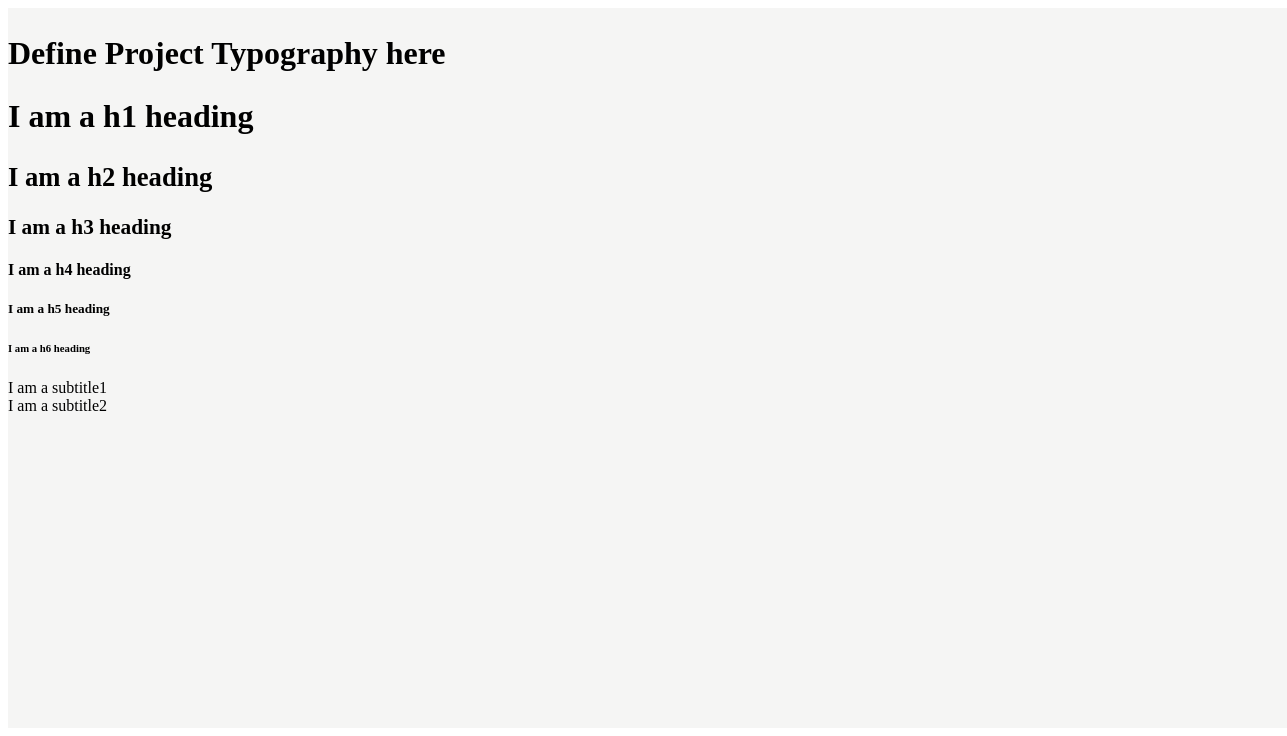
Repository: Terrycoco/coco-playground-starter
Page: /playground/typography
An editor plug-in stored every save of this project. The page is shown before and after the next save, followed by the edit.
The browser window is 1280 px wide. The page is 1287 px wide, so the pictures cover 1287 px, including what lies to the right of the window. The pictures show the whole page.
Some web fonts or font styles are not loaded; a fallback is used. The project was rebuilt for these pictures with package versions that can differ from the ones it lists, and the page was loaded fresh each time. The framework's server and built-in components were replaced by stand-ins that run in the browser. Also part of the build but not shown: next.config.js, src/dev/components/dropdowns/ColorDropdown.js, src/dev/components/dropdowns/FontDropdown.js, src/dev/components/dropdowns/Dropdown.js, src/dev/components/dropdowns/index.js, src/dev/components/StyleForm.js, src/components/flex/FlexColumn.js, src/components/flex/FlexLayout.js.

Above is the page before, as saved 2023-02-17 12:39:14.

After the next save:
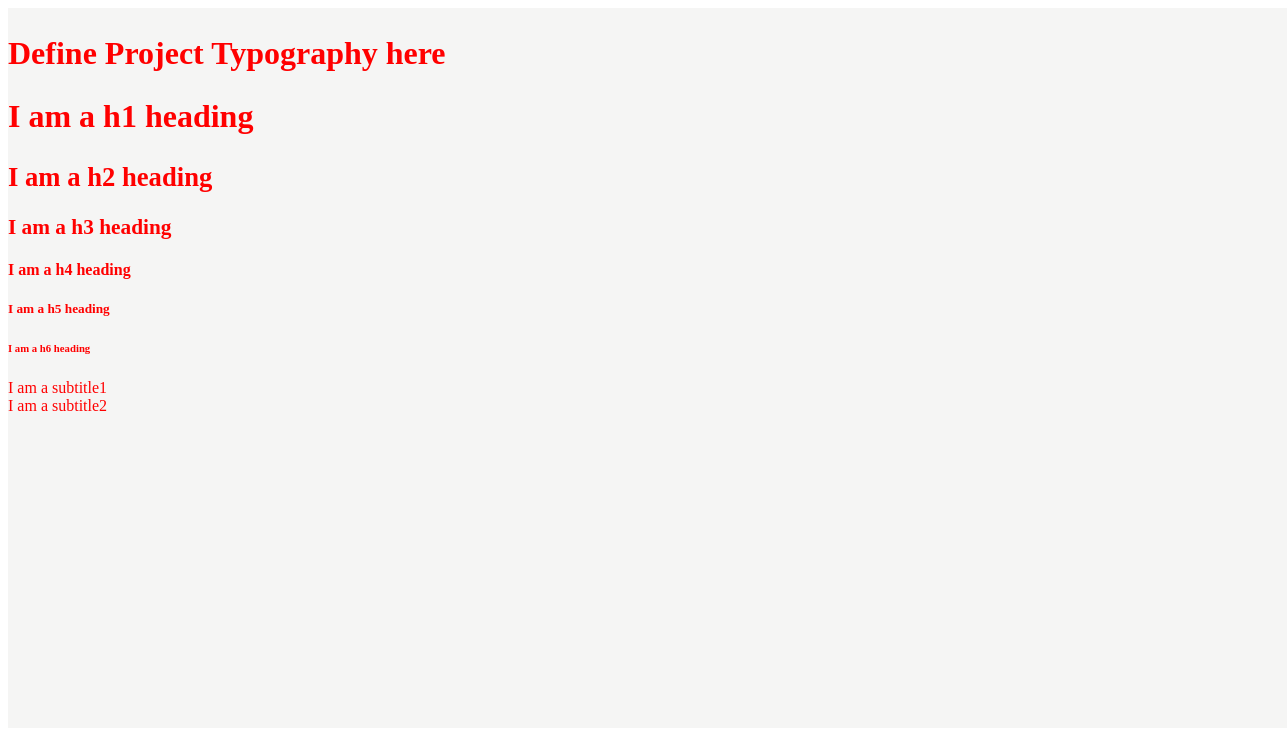
Saved 48 s later.
--- a/src/styles/theme.css
+++ b/src/styles/theme.css
@@ -21,32 +21,32 @@
   --font-mono: var(--font-space-mono);
   font-size: 16px;
   font-family: var(--font-body);
+}
 
-  @media screen and (min-width: 36em) {
-    html {
-      font-size: 20px;
-      color: red;
-    }
-  }
-
-  @media screen and (min-width: 48em) {
-    html {
-      font-size: 19px;
-    }
-  }
-
-  h1 {
-    font-family: var(--font-display);
-    font-size: 2rem;
-  }
-
-  h2 {
-    font-family: var(--font-display);
-    font-size: 1.666rem;
-  }
-
-  h3 {
-    font-family: var(--font-display);
-    font-size: 1.333rem;
+@media screen and (min-width: 36em) {
+  html {
+    font-size: 20px;
+    color: red;
   }
 }
+
+@media screen and (min-width: 48em) {
+  html {
+    font-size: 19px;
+  }
+}
+
+h1 {
+  font-family: var(--font-display);
+  font-size: 2rem;
+}
+
+h2 {
+  font-family: var(--font-display);
+  font-size: 1.666rem;
+}
+
+h3 {
+  font-family: var(--font-display);
+  font-size: 1.333rem;
+}

After the save that followed:
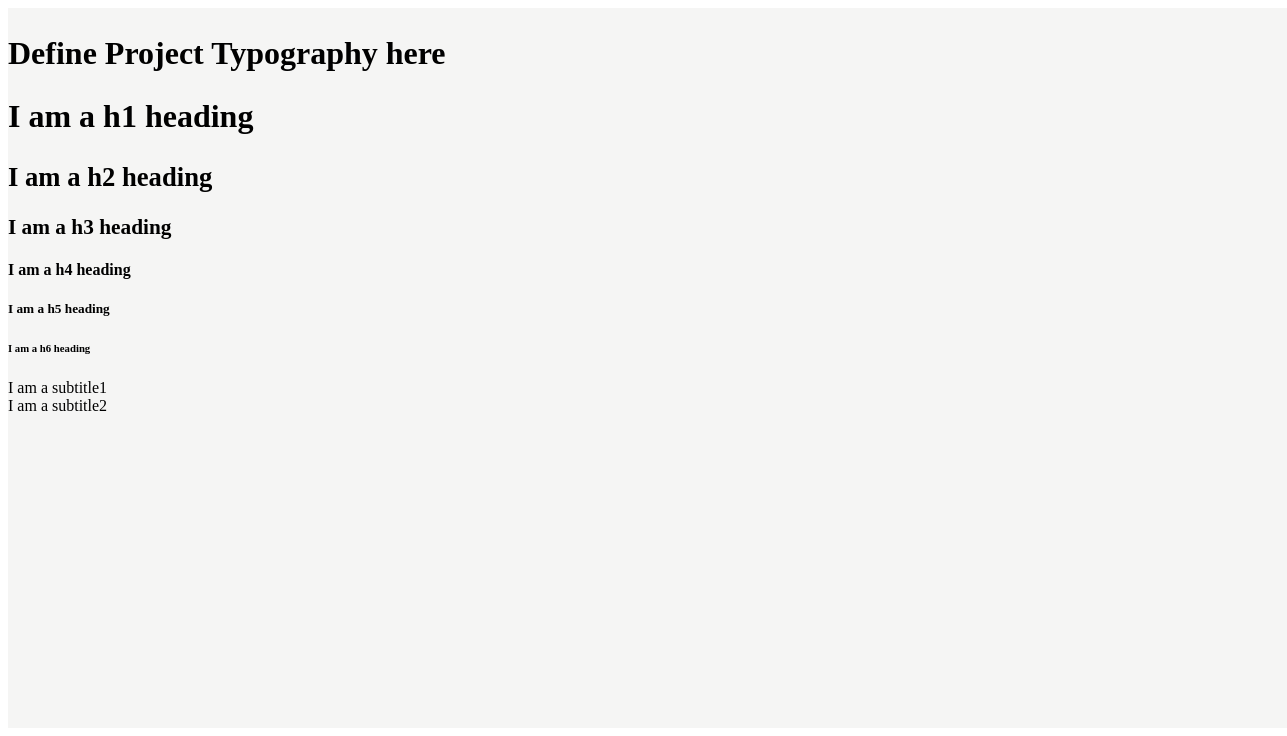
Saved 52 s later.
--- a/src/styles/theme.css
+++ b/src/styles/theme.css
@@ -26,7 +26,6 @@
 @media screen and (min-width: 36em) {
   html {
     font-size: 20px;
-    color: red;
   }
 }
 
